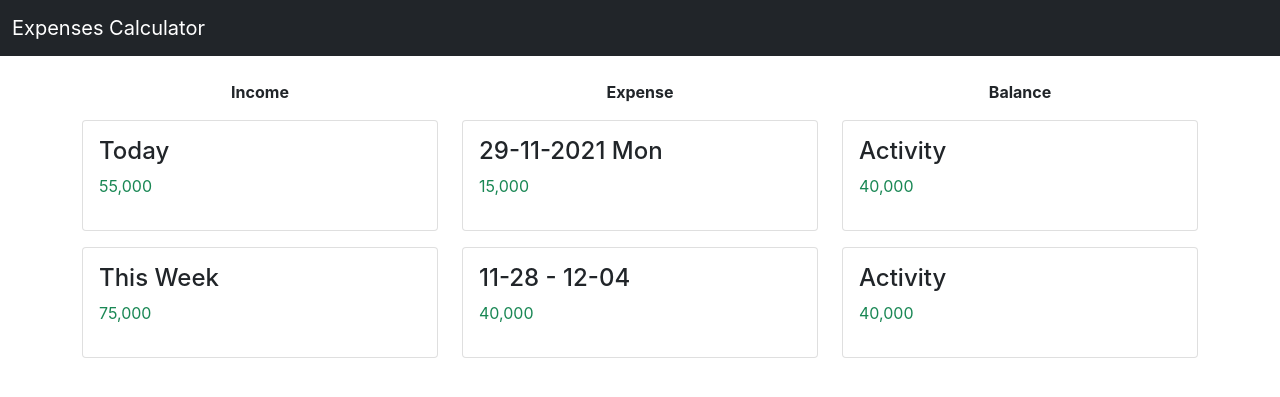
Repository: eidankhan/expenses-calculator
Page: /
These files come from the project's save history. The page is drawn as it stood at one moment and after the next save; the edit follows.
The browser window is 1280 px wide. The pictures show the whole page.
The project was rebuilt for these pictures with package versions that can differ from the ones it lists, and the page was loaded fresh each time. Also part of the build but not shown: src/components/SaveIncome.js.

Above is the page before, as saved 2021-11-29 17:07:47.

After the next save:
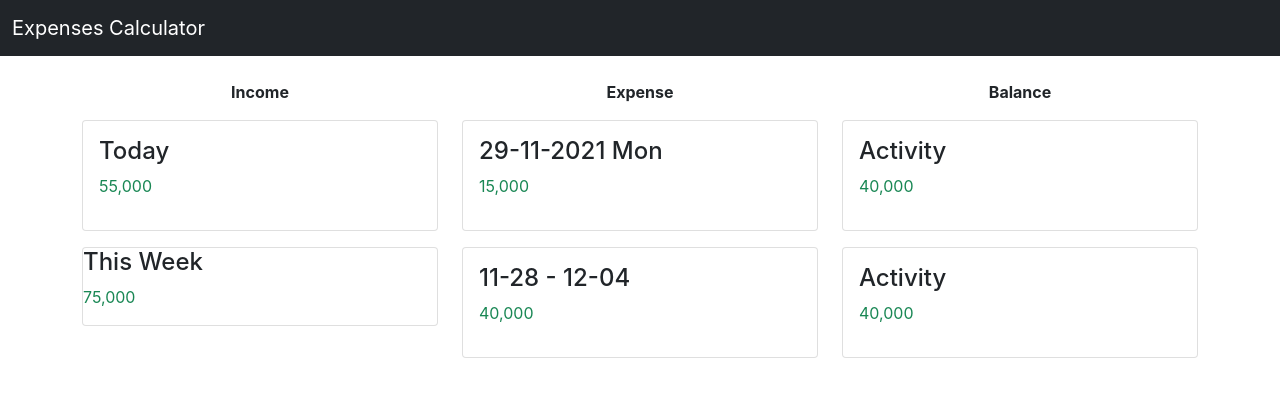
Saved 34 s later.
--- a/src/components/IncomeSummary.js
+++ b/src/components/IncomeSummary.js
@@ -39,10 +39,10 @@ export const IncomeSummary = () => {
       <div className="row">
         <div className="col-md-4 my-2">
           <div className="card">
-            <div className="card-body">
+
               <h4 className="card-title"> This Week </h4>
               <p className="text-success"> 75,000</p>
-            </div>
+
           </div>
         </div>
         <div className="col-md-4 my-2">
